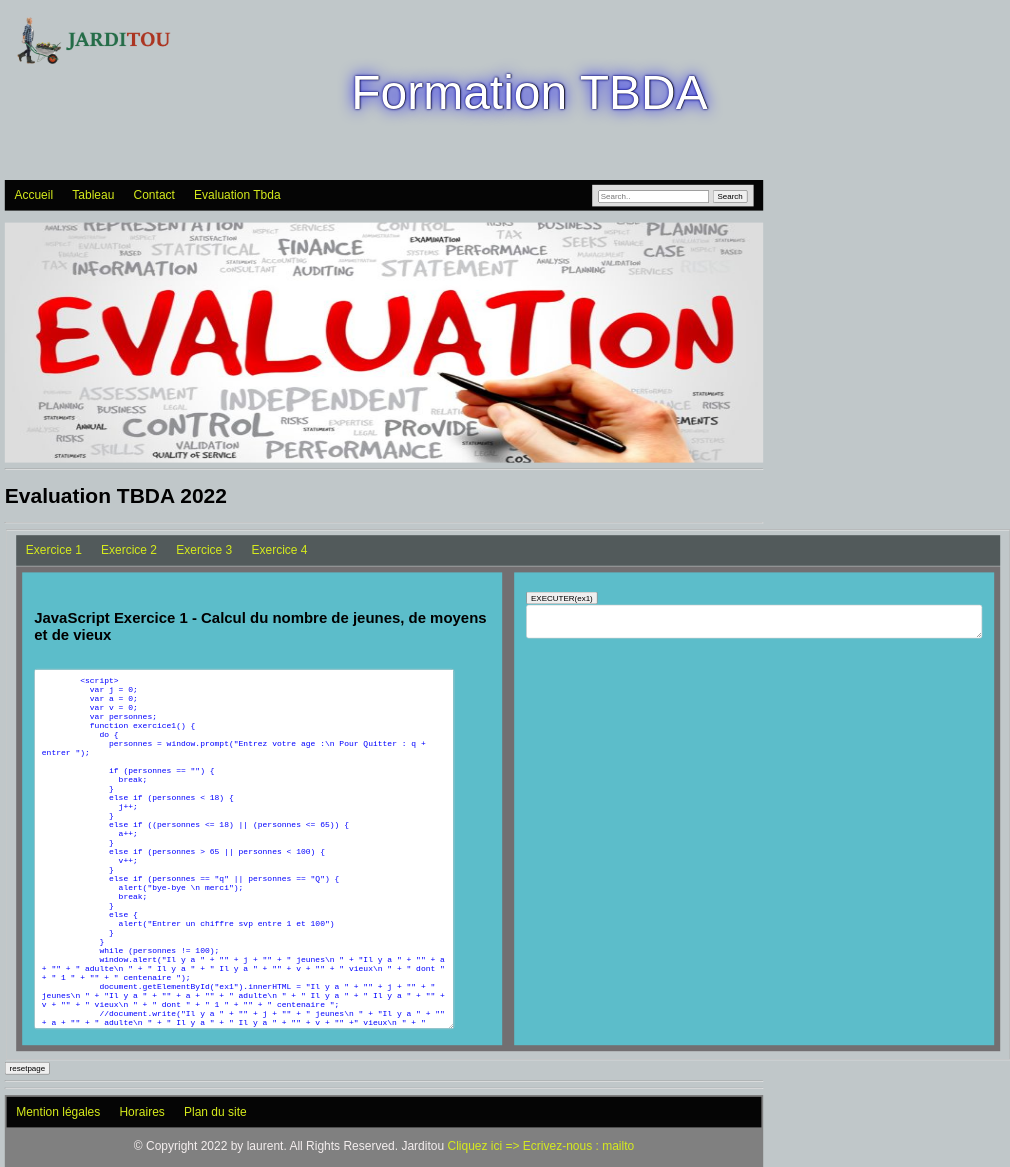
Repository: laurentbul/jarditou
Page: javascript/EvaluationTbda/eval_ex1.html
The author's editor kept a copy of each file at every save. The page is drawn from the files as they stood at one save, then again after the next save.
The browser window is 1280 px wide. The page is 1684 px wide, so the pictures cover 1684 px, including what lies to the right of the window. The pictures show the whole page, at 60% of full size.
An inner scrolling area shows only its first screen.

Above is the page before, as saved 2022-12-15 04:34:04.

### javascript/EvaluationTbda/eval_ex1.html
<!DOCTYPE html>
<html lang="fr">

<head>
  <meta charset="UTF-8">
  <meta http-equiv="X-UA-Compatible" content="IE=edge">
  <meta name="viewport" content="width=device-width, initial-scale=1.0">
  <title>cours exercices HTML</title>
  <link rel="stylesheet" href="../assets/css/style.css" />

  <style>
    .flex-container2 {
      display: flex;
      background-color: rgb(114, 111, 113);
       justify-content: center;
    }

    .flex-container2>div {
      background-color: #5cbdca;
      margin: 10px;
      padding: 20px;
      font-size: 30px;
      width: 800px;
    }
  </style>
</head>

<body>
  <div class="flex-container">
    <div class="logo"><img src="../assets/img/jarditou_logo.png" alt="jarditou logo" title="jarditou logo"
        height="80" />
    </div>
    <div>
      <p class="slogan">Formation TBDA </p>
    </div>
  </div>
  <nav>
    <ul>
      <li><a href="../index.html">Accueil</a></li>
      <li><a href="../table.html">Tableau</a></li>
      <li><a href="../contact.html">Contact</a></li>
      <li><a href="../EvaluationTbda/evaluation_tbda.html">Evaluation Tbda</a></li>
      <li class="search-container">
        <div>
          <form action="/action_page.php">
            <input type="text" class="searchinput" placeholder="Search.." name="search" />
            <button type="submit">Search</button>
          </form>
        </div>
      </li>
    </ul>
  </nav>

  <img src="../assets/img/evaluation2.jpg" width="500" height="400" alt="qu'est ce que html" class="imgpromotion"
    title="promotion jarditou" />
  <hr />
  <h1>Evaluation TBDA 2022</h1>
  <hr>
  <fieldset>
    <nav style="padding:1px 0; font-size:20px;">
      <ul style="background-color: #525a5b;">
        <li><a href="eval_ex1.html">Exercice 1 </a></li>
        <li><a href="eval_ex2.html">Exercice 2 </a></li>
        <li><a href="eval_ex3.html">Exercice 3</a></li>
        <li><a href="eval_ex4.html">Exercice 4</a></li>
        </li>
      </ul>
    </nav>
    <div class="flex-container2">
      <div id="code">
        <h5>JavaScript Exercice 1 - Calcul du nombre de jeunes, de moyens et de vieux</h5>
        <textarea style="height: 600px;width: 700px; color: blue;">
        <script>
          var j = 0;
          var a = 0;
          var v = 0;
          var personnes;
          function exercice1() {
            do {
              personnes = window.prompt("Entrez votre age :\n Pour Quitter : q + entrer ");

              if (personnes == "") {
                break;
              }
              else if (personnes < 18) {
                j++;
              }
              else if ((personnes <= 18) || (personnes <= 65)) {
                a++;
              }
              else if (personnes > 65 || personnes < 100) {
                v++;
              }
              else if (personnes == "q" || personnes == "Q") {
                alert("bye-bye \n merci");
                break;
              }
              else {
                alert("Entrer un chiffre svp entre 1 et 100")
              }
            }
            while (personnes != 100);
            window.alert("Il y a " + "" + j + "" + " jeunes\n " + "Il y a " + "" + a + "" + " adulte\n " + " Il y a " + " Il y a " + "" + v + "" + " vieux\n " + " dont " + " 1 " + "" + " centenaire ");
            document.getElementById("ex1").innerHTML = "Il y a " + "" + j + "" + " jeunes\n " + "Il y a " + "" + a + "" + " adulte\n " + " Il y a " + " Il y a " + "" + v + "" + " vieux\n " + " dont " + " 1 " + "" + " centenaire ";
            //document.write("Il y a " + "" + j + "" + " jeunes\n " + "Il y a " + "" + a + "" + " adulte\n " + " Il y a " + " Il y a " + "" + v + "" +" vieux\n " + " dont "+ " 1 " + "" + " centenaire ");
          }
          function myFunction() {
            location.reload();
          }
          function reset() {
            document.getElementById("myForm").reset();
          }
        </script>
    </textarea>

      </div>

      <div >

        <div><input type="button" onclick="exercice1()" value="EXECUTER(ex1)">
        <textarea id="ex1"></textarea>


        </div>

  </fieldset>


  <input type="button" onclick="myFunction()" value="resetpage"></div>
  </div>
  <hr>
  <script>
    var j = 0;
    var a = 0;
    var v = 0;
    var personnes;
    function exercice1() {
      do {
        personnes = window.prompt("Entrez votre age :\n Pour Quitter : q + entrer ");

        if (personnes == "") {
          break;
        }
        else if (personnes < 18) {
          j++;
        }
        else if ((personnes <= 18) || (personnes <= 65)) {
          a++;
        }
        else if (personnes > 65 || personnes < 100) {
          v++;
        }
        else if (personnes == "q" || personnes == "Q") {
          alert("bye-bye \n merci");
          break;
        }
        else {
          alert("Entrer un chiffre svp entre 1 et 100")
        }
      }
      while (personnes != 100);
      window.alert("Il y a " + "" + j + "" + " jeunes\n " + "Il y a " + "" + a + "" + " adulte\n " + " Il y a " + " Il y a " + "" + v + "" + " vieux\n " + " dont " + " 1 " + "" + " centenaire ");
      document.getElementById("ex1").innerHTML = "Il y a " + "" + j + "" + " jeunes\n " + "Il y a " + "" + a + "" + " adulte\n " + " Il y a " + " Il y a " + "" + v + "" + " vieux\n " + " dont " + " 1 " + "" + " centenaire ";
      //document.write("Il y a " + "" + j + "" + " jeunes\n " + "Il y a " + "" + a + "" + " adulte\n " + " Il y a " + " Il y a " + "" + v + "" +" vieux\n " + " dont "+ " 1 " + "" + " centenaire ");
    }
    function myFunction() {
      location.reload();
    }
    function reset() {
      document.getElementById("myForm").reset();
    }
  </script>

  <hr>
  <footer>
    <nav>
      <ul>
        <li><a href="mentionlegale.html">Mention légales</a></li>
        <li><a href="horaire.html">Horaires</a></li>
        <li><a href="plandusite.html">Plan du site</a></li>
      </ul>
    </nav>
    <p style="color: rgb(244, 238, 238);">
      &copy; Copyright 2022 by laurent. All Rights Reserved. Jarditou
      <a href="mailto:dave.loper@afpa.fr" title="Nous contacter">
        Cliquez ici => Ecrivez-nous : mailto
      </a>
    </p>
  </footer>
</body>

</html>

### javascript/assets/css/style.css
body {
  font-family: Arial, Helvetica, sans-serif;
  padding: 0px;
  background-color: rgb(192, 199, 201);
  font-size: 20px;
  height: 1500px;
}
h1{font-size: 35px;
}
h2{font-size: 20px;
}
.flex-container {
  display: flex;
}

.flex-container>div {
  padding: 20px;
}

.jarditou_logo {
  height: 80px;
}

.slogan {
  color: white;
  text-shadow: 1px 1px 2px black, 0 0 25px blue, 0 0 5px darkblue;
  font-size: 40px;
  margin-left: 250px;
  font-size: 80px;
}

ul {
  list-style-type: none;
  margin: 0;
  padding: 0;
  overflow: hidden;
  background-color: rgb(5, 5, 5);
}

li {
  float: left;
}

li a {
  display: block;
  color: white;
  text-align: center;
  padding: 14px 16px;
  text-decoration: none;
}

li a:hover:not(.active) {
  background-color: rgb(240, 10, 10);
}

.active {
  background-color: #4caf50;
}

a:link {
  color: rgb(214, 235, 28);
  background-color: transparent;
  text-decoration: none;
}

ul.a {

  background-color: rgb(179, 167, 167);

  color:rgb(42, 226, 211);

}


aside {
  width: 30%;
  height: 25%px;
  padding-left: 15px;
  float: right;
  font-style: italic;
  background-color: lightgray;
  margin-right: 60px;
  /*display:none */ /*===========correction =======================*/
}



.imgpromotion {
  display: block;
  margin-top: 20px;
  margin-left: auto;
  margin-right: auto;
  width: 100%;
}


footer {
  text-align: center;
  padding: 3px;
  background-color: gray;
  color: white;
}


.search-container {
  float: right;
  padding: 6px 10px;
  margin-top: 8px;
  margin-right: 16px;
  background: #ddd;
  font-size: 20px;
  border: none;
  cursor: pointer;
}


* {
  box-sizing: border-box;
}

input[type=text]:not(.searchinput),
select,
textarea {
  width: 100%;
  padding: 12px;
  border: 1px solid #ccc;
  border-radius: 4px;
  resize: vertical;
}



input[type=submit] {
  display: block;
  margin: 0px;
  width: 100%;
  padding: 12px;
  background-color: rgb(211, 211, 212);
}


input[type=submit]:hover {
  background-color: #d6c82f;
}

.container {
  border-radius: 5px;
  background-color: #af1818;
  padding: 20px;
}

#pays {
  font-size: 20px;
}

#birthday {
  font-size: 20px;
}

table {
  margin-bottom: 50px;
  margin-left: 100px;
}


th,
td {
  border: 1px solid black;
  border-collapse: collapse;
  margin-left: 100px;
  margin-bottom: 10px;
  background-color: #3f3324;
}

th {
  background-color: gray;
}

tr {
  color: azure;
}

table {
  width: 50%;
}

.btncontact {
  height: 45px;
  width: 200px;
  background-color: hsl(127, 4%, 46%);
  font-size: 20px;
  margin-left: 100px;
}

.btncontact:hover {
  background-color: #6ab0d8;
  color: white;
}

/* Responsive layout - when the screen is less than 768px wide, make the two columns stack on top of each other instead of next to each other */
@media screen and (max-width: 768px) {

  body {

    background-color: lavender;
    font-size: 14px;
  }


  .flex-container {
    display: flex;
  }

  .flex-container>div {
    padding: 0px;

  }

  .jarditou_logo {
    height: 80px;
  }

  .slogan {
    color: white;
    text-shadow: 1px 1px 2px black, 0 0 25px blue, 0 0 5px darkblue;
    margin-left: 0px;
    font-size: 40px;
  }

  ul {
    list-style-type: none;
    background-color: #367791;
    width: 768px;
  }

  li {
    background-color: rgb(10, 10, 10);
    display: flex;
    justify-content: center;
    width: 768px;
  }

  li a:hover:not(.active) {
    background-color: rgb(240, 10, 10);
  }

  aside{
    visibility: hidden;
}


}

.error{
  color: rgb(197, 22, 22);
}

After the next save:
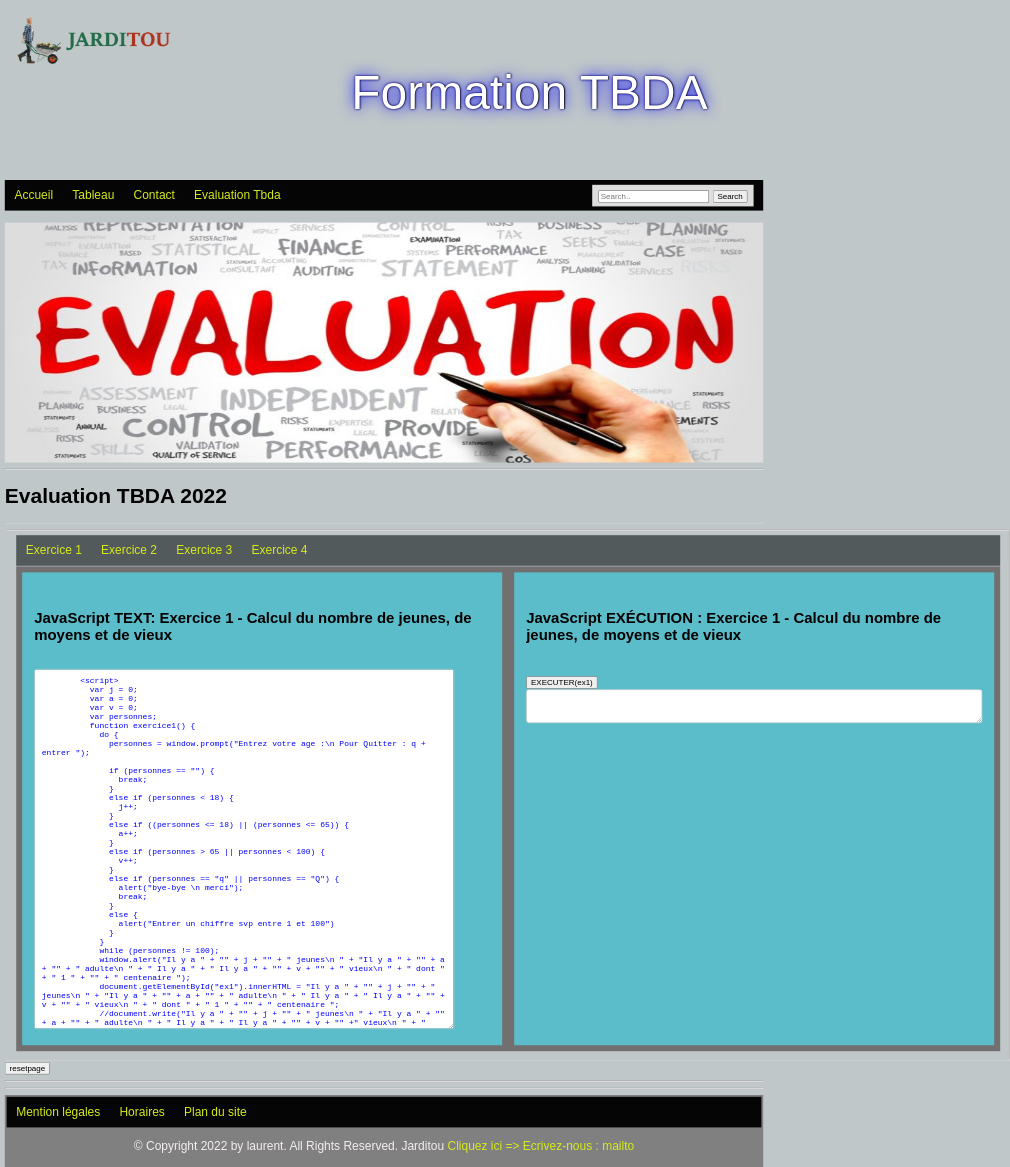
Saved 2 min 58 s later.
--- a/javascript/EvaluationTbda/eval_ex1.html
+++ b/javascript/EvaluationTbda/eval_ex1.html
@@ -68,7 +68,7 @@
     </nav>
     <div class="flex-container2">
       <div id="code">
-        <h5>JavaScript Exercice 1 - Calcul du nombre de jeunes, de moyens et de vieux</h5>
+        <h5>JavaScript TEXT: Exercice 1 - Calcul du nombre de jeunes, de moyens et de vieux</h5>
         <textarea style="height: 600px;width: 700px; color: blue;">
         <script>
           var j = 0;
@@ -112,15 +112,11 @@
           }
         </script>
     </textarea>
-
       </div>
-
       <div >
-
+        <h5>JavaScript EXÉCUTION : Exercice 1 - Calcul du nombre de jeunes, de moyens et de vieux</h5>
         <div><input type="button" onclick="exercice1()" value="EXECUTER(ex1)">
         <textarea id="ex1"></textarea>
-
-
         </div>
 
   </fieldset>
